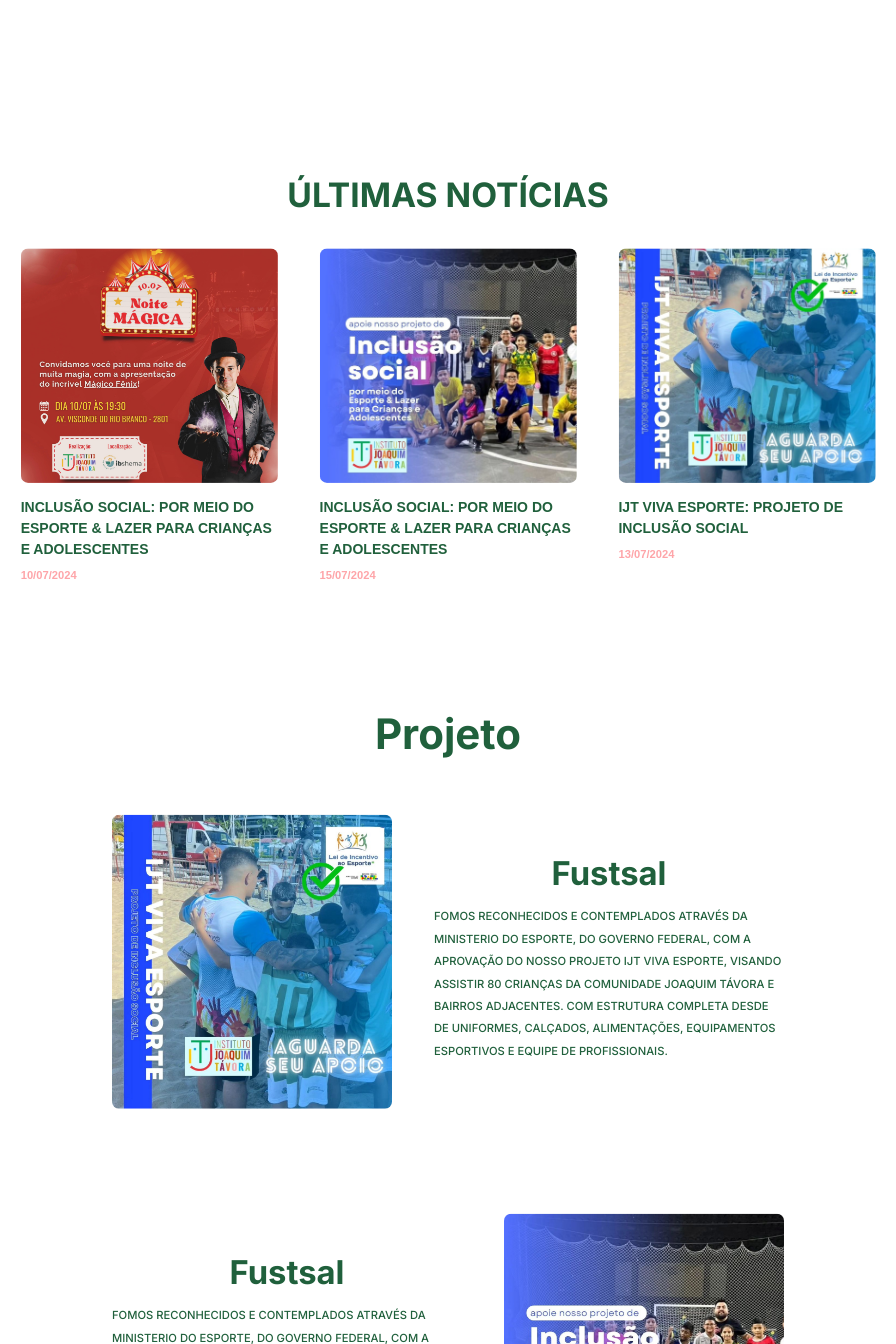
Repository: MarcelloMello90/itj2
Page: index.html
An editor plug-in stored every save of this project. The page is shown before and after the next save, followed by the edit.
The browser window is 1280 px wide. The pictures show the part of the page from y = 697 to 2617 px (the page is 5489 px tall before and 5519 px after), at 70% of full size.
Pictures or frames that could not be fetched are drawn as grey boxes.

Above is the page before, as saved 2024-07-21 20:19:22.

After the next save:
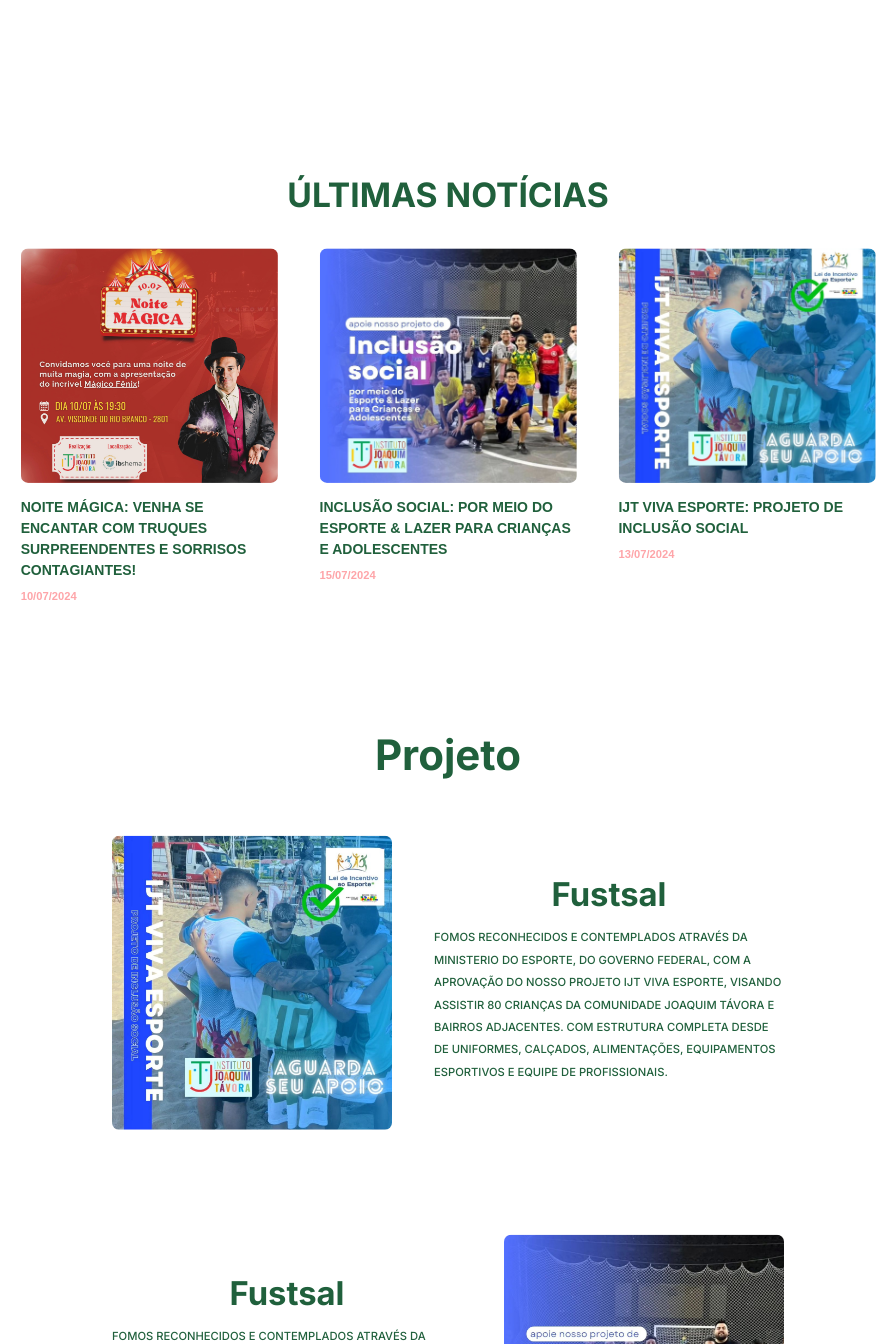
Saved 64 s later.
--- a/index.html
+++ b/index.html
@@ -81,7 +81,7 @@
               </div>
 
               <div class="item_text">
-                <p>Inclusão Social: por meio do esporte & lazer para crianças e adolescentes</p>
+                <p>Noite Mágica: Venha se encantar com truques surpreendentes e sorrisos contagiantes! </p>
                 <span>10/07/2024</span>
               </div>
             </div>

After the 6 saves that followed:
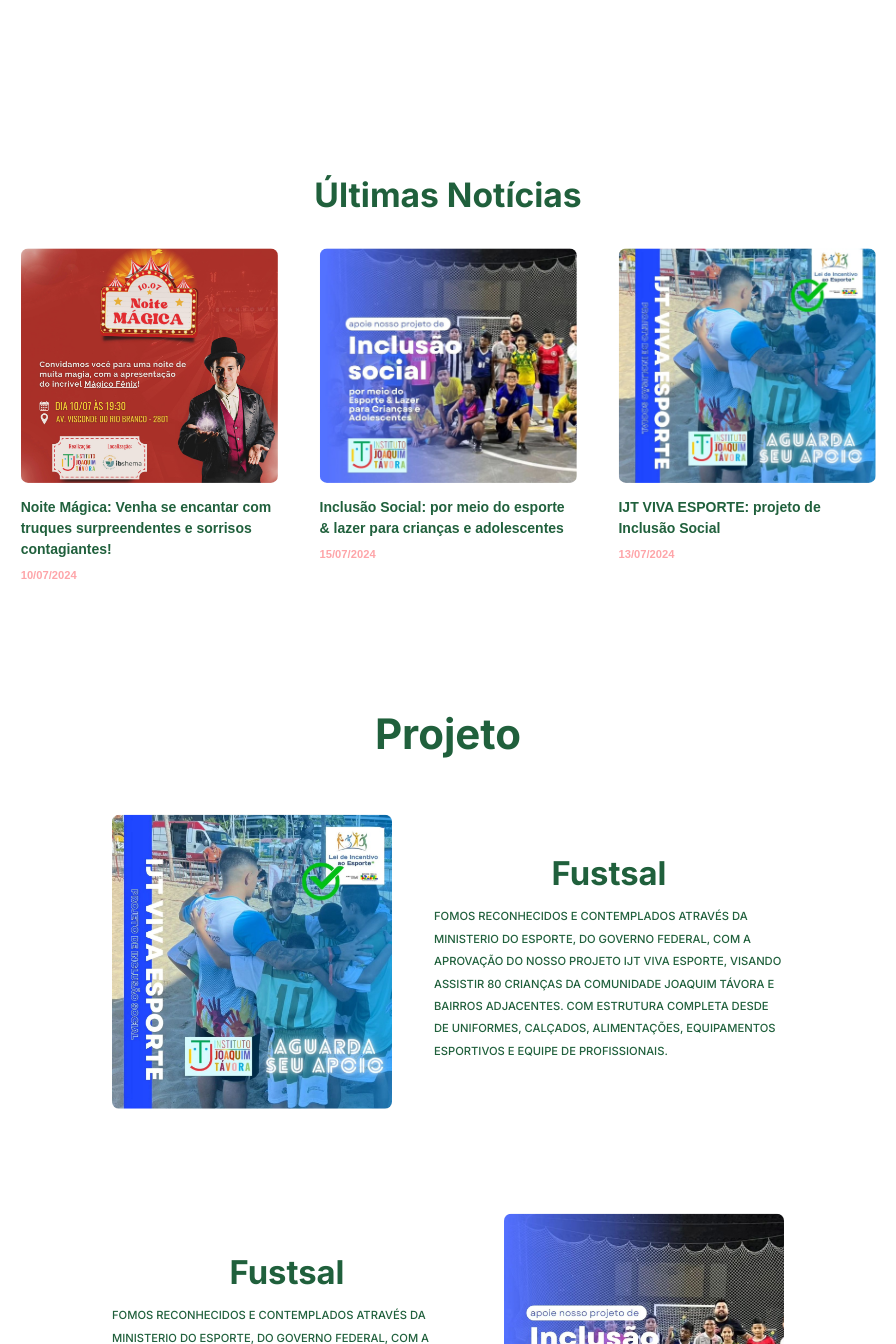
The 6 saves are shown as one change because 4 left the picture as it was and some came seconds apart.
The last was saved 2 min 17 s later.
--- a/index.html
+++ b/index.html
@@ -81,7 +81,7 @@
               </div>
 
               <div class="item_text">
-                <p>Noite Mágica: Venha se encantar com truques surpreendentes e sorrisos contagiantes! </p>
+                <p><strong>Noite Mágica:</strong> Venha se encantar com truques surpreendentes e sorrisos contagiantes! </p>
                 <span>10/07/2024</span>
               </div>
             </div>
@@ -92,7 +92,7 @@
               </div>
 
               <div class="item_text">
-                <p>Inclusão Social: por meio do esporte & lazer para crianças e adolescentes</p>
+                <p><strong>Inclusão Social:</strong> por meio do esporte & lazer para crianças e adolescentes</p>
                 <span>15/07/2024</span>
               </div>
             </div>
@@ -103,7 +103,7 @@
               </div>
 
               <div class="item_text">
-                <p>IJT VIVA ESPORTE: projeto de Inclusão Social</p>
+                <p><strong>IJT VIVA ESPORTE:</strong> projeto de Inclusão Social</p>
                 <span>13/07/2024</span>
               </div>
             </div>
--- a/style.css
+++ b/style.css
@@ -218,7 +218,7 @@
   font-size: 32px;
   font-weight: 600;
   line-height: 32px;
-  text-transform: uppercase;
+  /* text-transform: uppercase; */
 }
 
 .wrapper_section1{
@@ -258,7 +258,7 @@
   font-style: normal;
   font-weight: 700;
   line-height: 30px;
-  text-transform: uppercase;
+  /* text-transform: uppercase; */
 }
 
 .item_text span{
